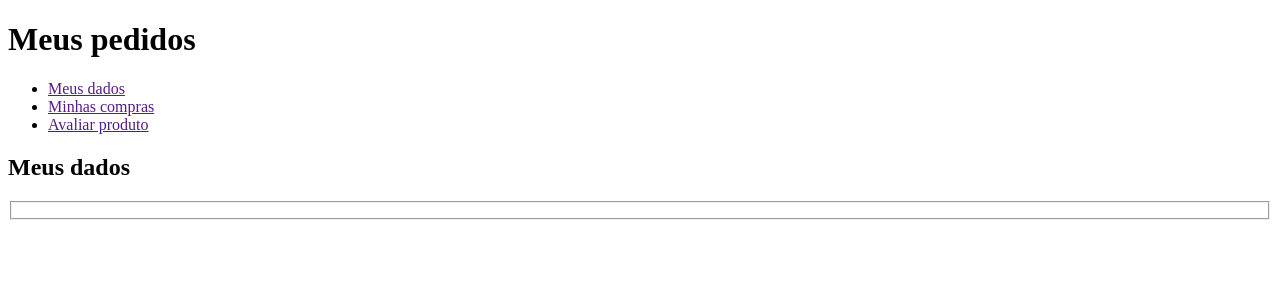
Repository: claudemir-camargo/site-compras
Page: index.html
These files come from the project's save history. The page is drawn as it stood at one moment and after the next save; the edit follows.
The browser window is 1280 px wide. The pictures show the whole page.

Above is the page before, as saved 2024-02-27 20:06:08.

After the next save:
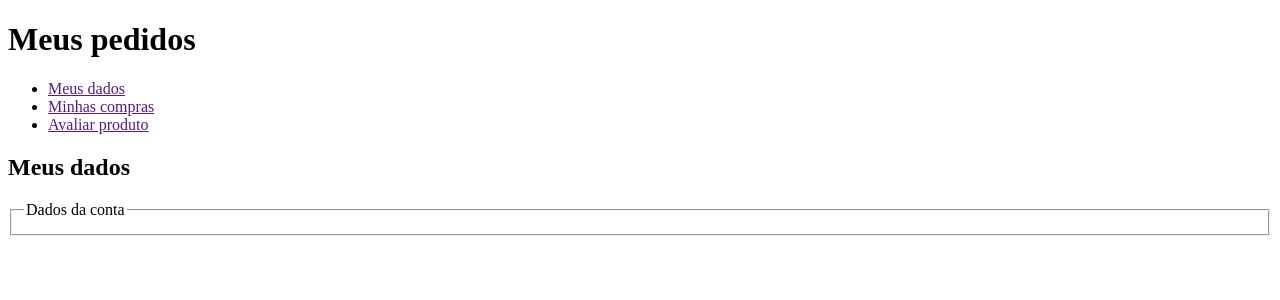
Saved 63 s later.
--- a/index.html
+++ b/index.html
@@ -13,6 +13,8 @@
         <li><a href="">Avaliar produto</a></li>
     </ul>
     <h2>Meus dados</h2>
-    <fieldset></fieldset>
+    <fieldset>
+        <legend>Dados da conta</legend>
+    </fieldset>
 </body>
 </html>
